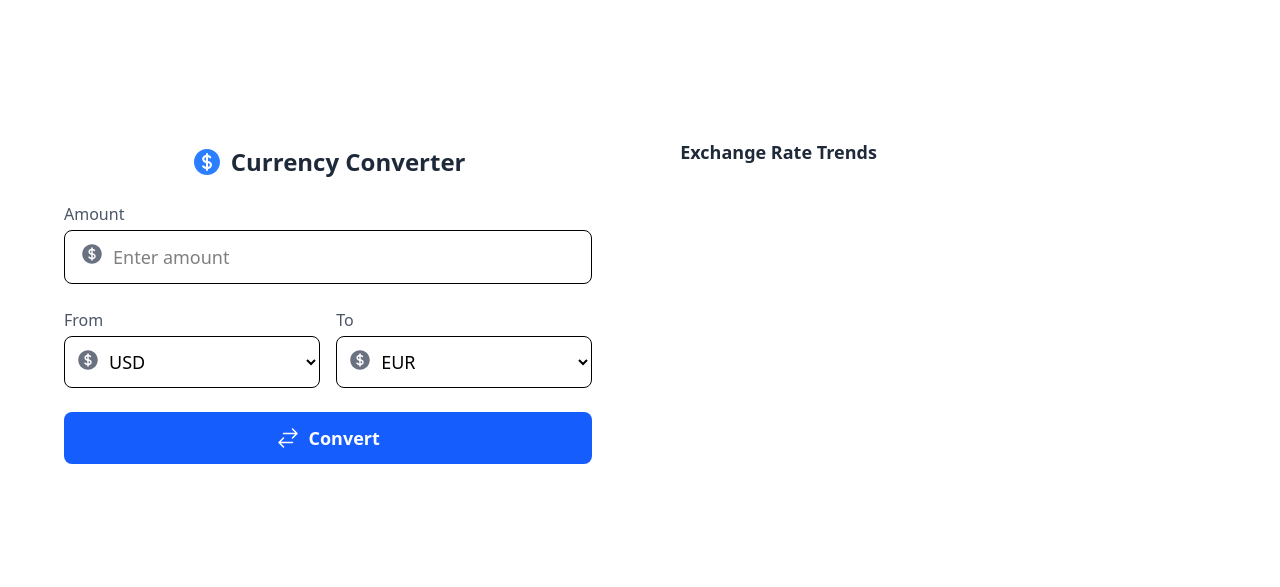
Repository: adrcstro/withcenter_developer_exam
Page: /
An editor plug-in stored every save of this project. The page is shown before and after the next save, followed by the edit.
The browser window is 1280 px wide. The pictures show the whole page.
The page's requests for data from a server got no answer. The project was rebuilt for these pictures with package versions that can differ from the ones it lists, and the page was loaded fresh each time. No one was signed in, and anything a server would have sent is missing. Also part of the build but not shown: vite.config.ts.

Above is the page before, as saved 2025-03-16 20:25:10.

### index.html
<!doctype html>
<html lang="en">
  <head>
    <meta charset="UTF-8" />
    <link rel="icon" type="image/svg+xml" href="/vite.svg" />
    <meta name="viewport" content="width=device-width, initial-scale=1.0" />
    <title>Vite + React + TS</title>
    <!-- public/index.html -->
  <link href="https://fonts.googleapis.com/css2?family=Montserrat:wght@300;400;500;700&display=swap" rel="stylesheet">


  </head>
  <body>
    <div id="root"></div>
    <script type="module" src="/src/main.tsx"></script>
  </body>
</html>

### src/main.tsx

import { createRoot } from 'react-dom/client'
import './index.css'
import App from './App.tsx'

createRoot(document.getElementById('root')!).render(

    <App />

)

### src/App.tsx
import { useState, useEffect } from "react";
import axios from "axios";
import { LineChart, Line, XAxis, YAxis, Tooltip, ResponsiveContainer } from "recharts";
import { ArrowsRightLeftIcon, CurrencyDollarIcon } from "@heroicons/react/24/solid";

const API_KEY = "a532237798c886cb201fa22c";
const BASE_URL = "https://v6.exchangerate-api.com/v6";

const currencies = ["USD", "EUR", "GBP", "JPY", "INR"];

function App() {
  const [amount, setAmount] = useState("");
  const [fromCurrency, setFromCurrency] = useState("USD");
  const [toCurrency, setToCurrency] = useState("EUR");
  const [convertedAmount, setConvertedAmount] = useState("");
  const [exchangeRates, setExchangeRates] = useState<{ currency: string; rate: number }[]>([]);

  useEffect(() => {
    fetchExchangeRates();
  }, [fromCurrency]);

  const fetchExchangeRates = async () => {
    try {
      const response = await axios.get(`${BASE_URL}/${API_KEY}/latest/${fromCurrency}`);
      const rates = response.data.conversion_rates;
      const data = Object.keys(rates).map(currency => ({
        currency,
        rate: rates[currency],
      }));
      setExchangeRates(data);
    } catch (error) {
      console.error("Error fetching exchange rates", error);
    }
  };

  const handleConvert = () => {
    const rate = exchangeRates.find(rate => rate.currency === toCurrency)?.rate || 1;
    setConvertedAmount((parseFloat(amount) * rate).toFixed(2));
  };

  return (
    <div className="flex flex-col items-center justify-center min-h-screen bg-white p-8">
      <div className="flex flex-row gap-8 w-full max-w-[1400px]">
        {/* Currency Converter */}
        <div className="bg-white rounded-xl p-8 w-1/2 ">
          <h2 className="text-2xl font-bold text-gray-800 text-center mb-6 flex items-center justify-center gap-2">
            <CurrencyDollarIcon className="w-8 h-8 text-blue-500" />
            Currency Converter
          </h2>

          <div className="mb-6">
            <label className="block text-gray-600 text-base font-medium">Amount</label>
            <div className="relative">
              <input
                type="number"
                value={amount}
                onChange={(e) => setAmount(e.target.value)}
                className="w-full mt-1 pl-12 pr-4 py-3 border rounded-lg text-lg focus:outline-none focus:ring-2 focus:ring-blue-400"
                placeholder="Enter amount"
              />
              <CurrencyDollarIcon className="w-6 h-6 text-gray-500 absolute left-4 top-4" />
            </div>
          </div>

          <div className="flex gap-4 mb-6">
            <div className="w-1/2">
              <label className="block text-gray-600 text-base font-medium">From</label>
              <div className="relative">
                <select
                  value={fromCurrency}
                  onChange={(e) => setFromCurrency(e.target.value)}
                  className="w-full mt-1 pl-10 pr-4 py-3 border rounded-lg text-lg focus:outline-none focus:ring-2 focus:ring-blue-400"
                >
                  {currencies.map((currency) => (
                    <option key={currency} value={currency}>
                      {currency}
                    </option>
                  ))}
                </select>
                <CurrencyDollarIcon className="w-6 h-6 text-gray-500 absolute left-3 top-4" />
              </div>
            </div>

            <div className="w-1/2">
              <label className="block text-gray-600 text-base font-medium">To</label>
              <div className="relative">
                <select
                  value={toCurrency}
                  onChange={(e) => setToCurrency(e.target.value)}
                  className="w-full mt-1 pl-10 pr-4 py-3 border rounded-lg text-lg focus:outline-none focus:ring-2 focus:ring-blue-400"
                >
                  {currencies.map((currency) => (
                    <option key={currency} value={currency}>
                      {currency}
                    </option>
                  ))}
                </select>
                <CurrencyDollarIcon className="w-6 h-6 text-gray-500 absolute left-3 top-4" />
              </div>
            </div>
          </div>

          <button
            onClick={handleConvert}
            className="w-full bg-blue-600 hover:bg-blue-700 text-white text-lg font-semibold py-3 rounded-lg flex items-center justify-center gap-2 transition duration-300"
          >
            <ArrowsRightLeftIcon className="w-6 h-6" />
            Convert
          </button>

          {convertedAmount && (
            <div className="mt-6 text-center">
              <p className="text-gray-800 text-xl">
                {amount} {fromCurrency} = <span className="font-bold text-green-600">{convertedAmount} {toCurrency}</span>
              </p>
            </div>
          )}
        </div>

        {/* Exchange Rate Chart */}
        <div className="w-1/2 p-6 bg-white rounded-xl ">
          <h3 className="text-lg font-semibold text-gray-800 mb-4">Exchange Rate Trends</h3>
          <ResponsiveContainer width="100%" height={400}>
            <LineChart data={exchangeRates}>
              <XAxis dataKey="currency" />
              <YAxis />
              <Tooltip />
              <Line type="monotone" dataKey="rate" stroke="#2563eb" strokeWidth={2} />
            </LineChart>
          </ResponsiveContainer>
        </div>
      </div>
    </div>
  );
}

export default App;

Loaded but not shown: src/index.css (common file)

After the next save:
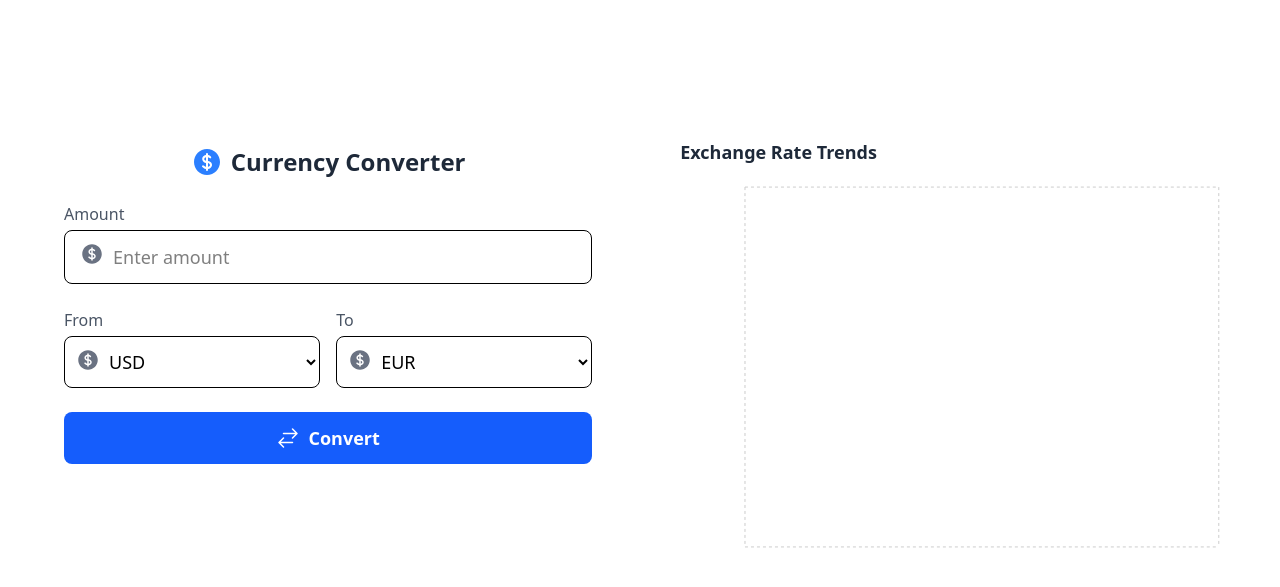
Saved 3 min 52 s later.
--- a/src/App.tsx
+++ b/src/App.tsx
@@ -1,6 +1,6 @@
 import { useState, useEffect } from "react";
 import axios from "axios";
-import { LineChart, Line, XAxis, YAxis, Tooltip, ResponsiveContainer } from "recharts";
+import { AreaChart, Area, XAxis, YAxis, CartesianGrid, Tooltip, ResponsiveContainer } from "recharts";
 import { ArrowsRightLeftIcon, CurrencyDollarIcon } from "@heroicons/react/24/solid";
 
 const API_KEY = "a532237798c886cb201fa22c";
@@ -121,12 +121,13 @@ function App() {
         <div className="w-1/2 p-6 bg-white rounded-xl ">
           <h3 className="text-lg font-semibold text-gray-800 mb-4">Exchange Rate Trends</h3>
           <ResponsiveContainer width="100%" height={400}>
-            <LineChart data={exchangeRates}>
+            <AreaChart data={exchangeRates}>
+              <CartesianGrid strokeDasharray="3 3" />
               <XAxis dataKey="currency" />
               <YAxis />
               <Tooltip />
-              <Line type="monotone" dataKey="rate" stroke="#2563eb" strokeWidth={2} />
-            </LineChart>
+              <Area type="monotone" dataKey="rate" stroke="#2563eb" fill="#93c5fd" strokeWidth={2} />
+            </AreaChart>
           </ResponsiveContainer>
         </div>
       </div>
